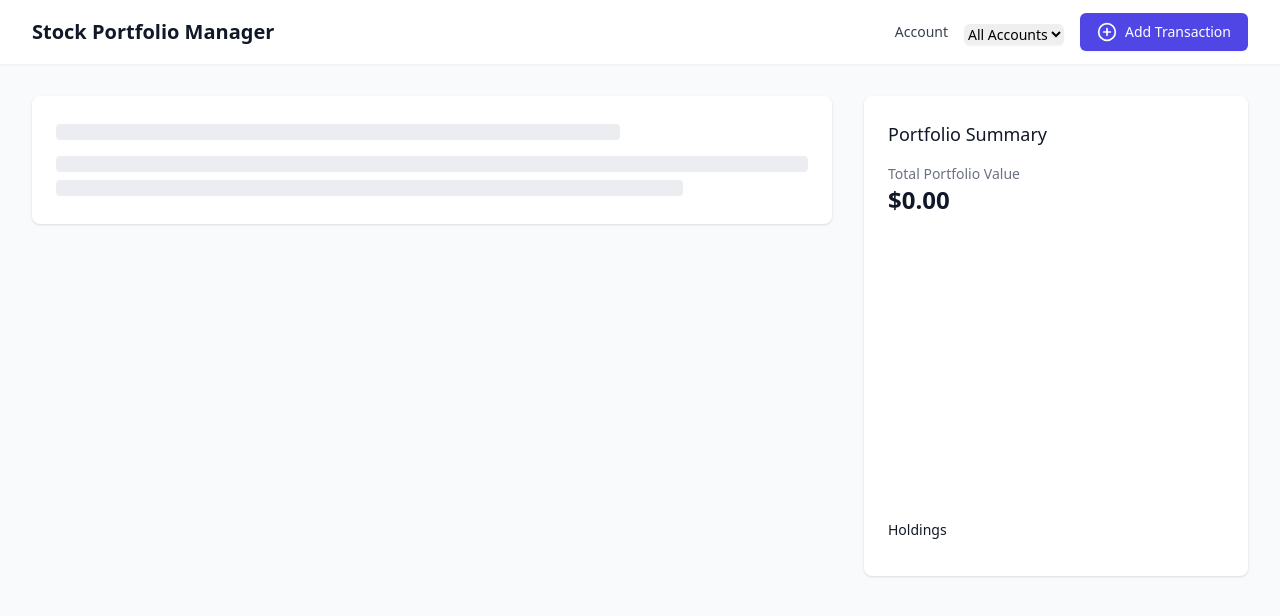
Repository: gpierre004/stock_portfolio_management
Page: /
These files come from the project's save history. The page is drawn as it stood at one moment and after the next save; the edit follows.
The browser window is 1280 px wide. The pictures show the whole page.
The page's requests for data from a server got no answer. The project was rebuilt for these pictures with package versions that can differ from the ones it lists, and the page was loaded fresh each time. No one was signed in, and anything a server would have sent is missing. Also part of the build but not shown: vite.config.ts, src/components/TransactionForm.tsx, src/components/ErrorBoundary.tsx.

Above is the page before, as saved 2024-11-22 20:16:50.

### src/App.tsx
import React from 'react';
import { QueryClient, QueryClientProvider } from '@tanstack/react-query';
import TransactionList from './components/TransactionList';
import TransactionForm from './components/TransactionForm';
import PortfolioSummary from './components/PortfolioSummary';
import AccountSelector from './components/AccountSelector';
import ErrorBoundary from './components/ErrorBoundary';
import { PlusCircle } from 'lucide-react';

const queryClient = new QueryClient();

function App() {
  const [isFormOpen, setIsFormOpen] = React.useState(false);
  const [selectedAccountId, setSelectedAccountId] = React.useState<number | null>(null);

  return (
    <QueryClientProvider client={queryClient}>
      <div className="min-h-screen bg-gray-50">
        <nav className="bg-white shadow-sm">
          <div className="max-w-7xl mx-auto px-4 sm:px-6 lg:px-8">
            <div className="flex justify-between h-16 items-center">
              <h1 className="text-xl font-semibold text-gray-900">Stock Portfolio Manager</h1>
              <div className="flex items-center space-x-4">
                <AccountSelector
                  selectedAccountId={selectedAccountId}
                  onAccountChange={setSelectedAccountId}
                />
                <button
                  onClick={() => setIsFormOpen(true)}
                  className="inline-flex items-center px-4 py-2 border border-transparent text-sm font-medium rounded-md shadow-sm text-white bg-indigo-600 hover:bg-indigo-700 focus:outline-none focus:ring-2 focus:ring-offset-2 focus:ring-indigo-500"
                >
                  <PlusCircle className="w-5 h-5 mr-2" />
                  Add Transaction
                </button>
              </div>
            </div>
          </div>
        </nav>

        <main className="max-w-7xl mx-auto px-4 sm:px-6 lg:px-8 py-8">
          <div className="grid grid-cols-1 lg:grid-cols-3 gap-8">
            <div className="lg:col-span-2">
              <ErrorBoundary>
                <TransactionList accountId={selectedAccountId} />
              </ErrorBoundary>
            </div>
            <div>
              <ErrorBoundary>
                <PortfolioSummary accountId={selectedAccountId} />
              </ErrorBoundary>
            </div>
          </div>
        </main>

        {isFormOpen && (
          <TransactionForm
            onClose={() => setIsFormOpen(false)}
            accountId={selectedAccountId}
          />
        )}
      </div>
    </QueryClientProvider>
  );
}

export default App;

### src/components/TransactionList.tsx
import React from 'react';
import { useQuery } from '@tanstack/react-query';
import axios from 'axios';
import {
  createColumnHelper,
  flexRender,
  getCoreRowModel,
  useReactTable,
  getSortedRowModel,
} from '@tanstack/react-table';
import { format } from 'date-fns';

interface Transaction {
  purchase_id: number;
  ticker: string;
  purchase_date: string;
  quantity: number;
  type: string;
  purchase_price: number;
  description?: string;
  comment?: string;
  account_id?: number;
}

interface TransactionListProps {
  accountId: number | null;
}

const columnHelper = createColumnHelper<Transaction>();

const columns = [
  columnHelper.accessor('purchase_date', {
    header: 'Date',
    cell: (info) => format(new Date(info.getValue()), 'MM/dd/yyyy'),
  }),
  columnHelper.accessor('ticker', {
    header: 'Ticker',
  }),
  columnHelper.accessor('type', {
    header: 'Type',
  }),
  columnHelper.accessor('quantity', {
    header: 'Quantity',
    cell: (info) => info.getValue().toFixed(5),
  }),
  columnHelper.accessor('purchase_price', {
    header: 'Price',
    cell: (info) => `$${info.getValue().toFixed(2)}`,
  }),
  columnHelper.accessor(
    row => row.quantity * row.purchase_price,
    {
      id: 'total',
      header: 'Total',
      cell: (info) => `$${info.getValue().toFixed(2)}`,
    }
  ),
];

export default function TransactionList({ accountId }: TransactionListProps) {
  const { data: transactions = [], error, isError, isLoading } = useQuery({
    queryKey: ['transactions', accountId],
    queryFn: async () => {
      try {
        const url = accountId
          ? `http://localhost:3000/api/transactions?accountId=${accountId}`
          : 'http://localhost:3000/api/transactions';
        const { data } = await axios.get(url);
        return data;
      } catch (error) {
        if (axios.isAxiosError(error)) {
          throw new Error(error.response?.data?.message || 'Failed to fetch transactions');
        }
        throw error;
      }
    },
  });

  const table = useReactTable({
    data: transactions,
    columns,
    getCoreRowModel: getCoreRowModel(),
    getSortedRowModel: getSortedRowModel(),
  });

  if (isLoading) {
    return (
      <div className="bg-white shadow rounded-lg p-6">
        <div className="animate-pulse flex space-x-4">
          <div className="flex-1 space-y-4 py-1">
            <div className="h-4 bg-gray-200 rounded w-3/4"></div>
            <div className="space-y-2">
              <div className="h-4 bg-gray-200 rounded"></div>
              <div className="h-4 bg-gray-200 rounded w-5/6"></div>
            </div>
          </div>
        </div>
      </div>
    );
  }

  if (isError) {
    return (
      <div className="bg-white shadow rounded-lg p-6">
        <div className="text-red-600">
          {error instanceof Error ? error.message : 'An error occurred while fetching transactions'}
        </div>
      </div>
    );
  }

  if (!transactions.length) {
    return (
      <div className="bg-white shadow rounded-lg p-6">
        <div className="text-gray-500 text-center">
          No transactions found. Add a transaction to get started.
        </div>
      </div>
    );
  }

  return (
    <div className="bg-white shadow rounded-lg overflow-hidden">
      <div className="overflow-x-auto">
        <table className="min-w-full divide-y divide-gray-200">
          <thead className="bg-gray-50">
            {table.getHeaderGroups().map(headerGroup => (
              <tr key={headerGroup.id}>
                {headerGroup.headers.map(header => (
                  <th
                    key={header.id}
                    className="px-6 py-3 text-left text-xs font-medium text-gray-500 uppercase tracking-wider"
                  >
                    {flexRender(
                      header.column.columnDef.header,
                      header.getContext()
                    )}
                  </th>
                ))}
              </tr>
            ))}
          </thead>
          <tbody className="bg-white divide-y divide-gray-200">
            {table.getRowModel().rows.map(row => (
              <tr key={row.id}>
                {row.getVisibleCells().map(cell => (
                  <td
                    key={cell.id}
                    className="px-6 py-4 whitespace-nowrap text-sm text-gray-500"
                  >
                    {flexRender(cell.column.columnDef.cell, cell.getContext())}
                  </td>
                ))}
              </tr>
            ))}
          </tbody>
        </table>
      </div>
    </div>
  );
}

### src/components/PortfolioSummary.tsx
import React from 'react';
import { useQuery } from '@tanstack/react-query';
import axios from 'axios';
import { PieChart, Pie, Cell, ResponsiveContainer, Legend } from 'recharts';

const COLORS = ['#0088FE', '#00C49F', '#FFBB28', '#FF8042', '#8884d8'];

interface Holding {
  ticker: string;
  total_quantity: number;
  total_value: number;
}

interface PortfolioSummaryProps {
  accountId: number | null;
}

export default function PortfolioSummary({ accountId }: PortfolioSummaryProps) {
  const { data: holdings = [] } = useQuery<Holding[]>({
    queryKey: ['portfolio', accountId],
    queryFn: async () => {
      const url = accountId
        ? `http://localhost:3000/api/transactions/portfolio/summary?accountId=${accountId}`
        : 'http://localhost:3000/api/transactions/portfolio/summary';
      const { data } = await axios.get(url);
      return data;
    },
  });

  const totalValue = holdings.reduce((sum, holding) => sum + holding.total_value, 0);

  return (
    <div className="bg-white shadow rounded-lg p-6">
      <h2 className="text-lg font-medium text-gray-900 mb-4">Portfolio Summary</h2>

      <div className="mb-6">
        <p className="text-sm text-gray-500">Total Portfolio Value</p>
        <p className="text-2xl font-semibold text-gray-900">
          ${totalValue.toFixed(2)}
        </p>
      </div>

      <div className="h-64">
        <ResponsiveContainer width="100%" height="100%">
          <PieChart>
            <Pie
              data={holdings}
              dataKey="total_value"
              nameKey="ticker"
              cx="50%"
              cy="50%"
              outerRadius={80}
              label={({ ticker }) => ticker}
            >
              {holdings.map((_, index) => (
                <Cell key={`cell-${index}`} fill={COLORS[index % COLORS.length]} />
              ))}
            </Pie>
            <Legend />
          </PieChart>
        </ResponsiveContainer>
      </div>

      <div className="mt-6">
        <h3 className="text-sm font-medium text-gray-900 mb-3">Holdings</h3>
        <div className="space-y-2">
          {holdings.map((holding) => (
            <div key={holding.ticker} className="flex justify-between">
              <div>
                <span className="text-sm font-medium text-gray-900">{holding.ticker}</span>
                <span className="text-sm text-gray-500 ml-2">
                  ({holding.total_quantity.toFixed(5)} shares)
                </span>
              </div>
              <span className="text-sm text-gray-900">
                ${holding.total_value.toFixed(2)}
              </span>
            </div>
          ))}
        </div>
      </div>
    </div>
  );
}

### src/components/AccountSelector.tsx
import React from 'react';
import { useQuery } from '@tanstack/react-query';
import axios from 'axios';
import { Account } from '../../server/types/account';

interface AccountSelectorProps {
  selectedAccountId: number | null;
  onAccountChange: (accountId: number | null) => void;
}

export default function AccountSelector({ selectedAccountId, onAccountChange }: AccountSelectorProps) {
  const { data: accounts = [] } = useQuery<Account[]>({
    queryKey: ['accounts'],
    queryFn: async () => {
      // TODO: Replace with actual user ID from auth
      const userId = 1;
      const { data } = await axios.get(`http://localhost:3000/api/accounts/user/${userId}`);
      return data;
    },
  });

  return (
    <div className="flex items-center space-x-4">
      <label htmlFor="account" className="text-sm font-medium text-gray-700">
        Account
      </label>
      <select
        id="account"
        value={selectedAccountId || ''}
        onChange={(e) => onAccountChange(e.target.value ? parseInt(e.target.value) : null)}
        className="mt-1 block w-full rounded-md border-gray-300 shadow-sm focus:border-indigo-500 focus:ring-indigo-500 sm:text-sm"
      >
        <option value="">All Accounts</option>
        {accounts.map((account) => (
          <option key={account.account_id} value={account.account_id}>
            {account.name} (${account.balance.toFixed(2)})
          </option>
        ))}
      </select>
    </div>
  );
}

Loaded but not shown: index.html (common file); src/main.tsx (common file); src/index.css (common file); tailwind.config.js (common file)

After the next save:
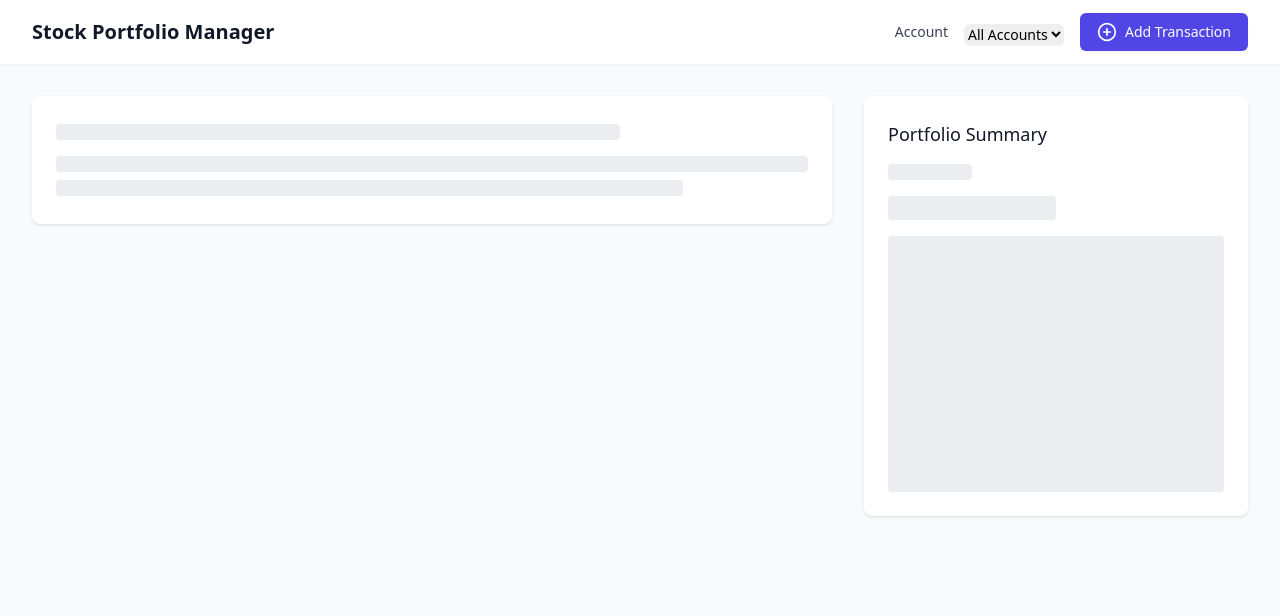
Saved 69 s later.
--- a/src/components/PortfolioSummary.tsx
+++ b/src/components/PortfolioSummary.tsx
@@ -16,16 +16,58 @@ interface PortfolioSummaryProps {
 }
 
 export default function PortfolioSummary({ accountId }: PortfolioSummaryProps) {
-  const { data: holdings = [] } = useQuery<Holding[]>({
+  const { data: holdings = [], error, isError, isLoading } = useQuery<Holding[]>({
     queryKey: ['portfolio', accountId],
     queryFn: async () => {
-      const url = accountId
-        ? `http://localhost:3000/api/transactions/portfolio/summary?accountId=${accountId}`
-        : 'http://localhost:3000/api/transactions/portfolio/summary';
-      const { data } = await axios.get(url);
-      return data;
+      try {
+        const url = accountId
+          ? `http://localhost:3000/api/transactions/portfolio/summary?accountId=${accountId}`
+          : 'http://localhost:3000/api/transactions/portfolio/summary';
+        const { data } = await axios.get(url);
+        return data;
+      } catch (error) {
+        if (axios.isAxiosError(error)) {
+          throw new Error(error.response?.data?.message || 'Failed to fetch portfolio summary');
+        }
+        throw error;
+      }
     },
   });
+
+  if (isLoading) {
+    return (
+      <div className="bg-white shadow rounded-lg p-6">
+        <h2 className="text-lg font-medium text-gray-900 mb-4">Portfolio Summary</h2>
+        <div className="animate-pulse space-y-4">
+          <div className="h-4 bg-gray-200 rounded w-1/4"></div>
+          <div className="h-6 bg-gray-200 rounded w-1/2"></div>
+          <div className="h-64 bg-gray-200 rounded"></div>
+        </div>
+      </div>
+    );
+  }
+
+  if (isError) {
+    return (
+      <div className="bg-white shadow rounded-lg p-6">
+        <h2 className="text-lg font-medium text-gray-900 mb-4">Portfolio Summary</h2>
+        <div className="text-red-600">
+          {error instanceof Error ? error.message : 'An error occurred while fetching portfolio data'}
+        </div>
+      </div>
+    );
+  }
+
+  if (!holdings.length) {
+    return (
+      <div className="bg-white shadow rounded-lg p-6">
+        <h2 className="text-lg font-medium text-gray-900 mb-4">Portfolio Summary</h2>
+        <div className="text-gray-500 text-center">
+          No holdings found. Add some transactions to see your portfolio summary.
+        </div>
+      </div>
+    );
+  }
 
   const totalValue = holdings.reduce((sum, holding) => sum + holding.total_value, 0);
 
